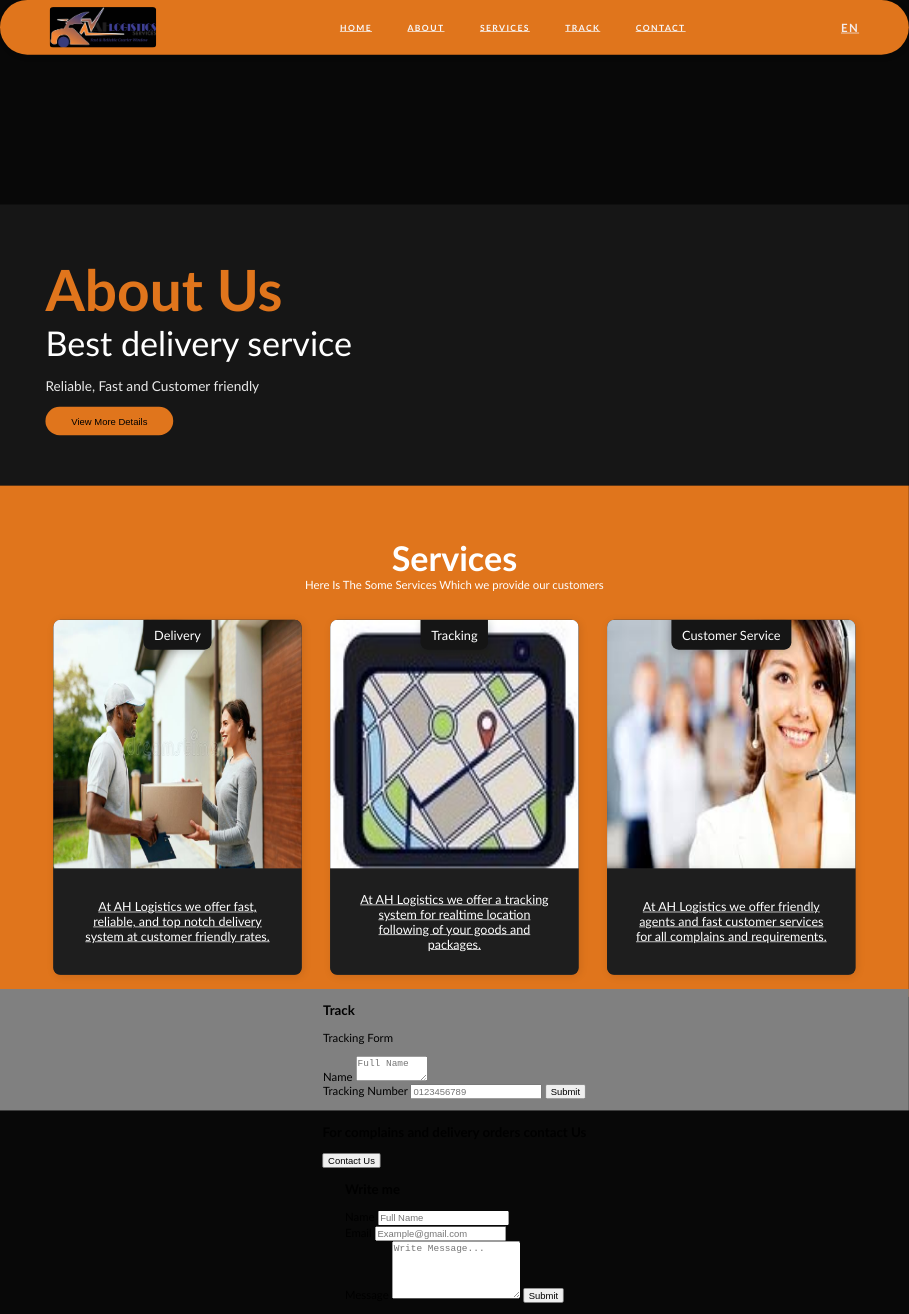
Repository: TheSecretlifeOfX/Ah-Logistics
Page: index.html
An editor plug-in stored every save of this project. The page is shown before and after the next save, followed by the edit.
The browser window is 1280 px wide. The pictures show the whole page, at 71% of full size.

Above is the page before, as saved 2022-03-02 14:51:18.

### index.html
<html>
<head>
<meta charset="utf-8">
<meta http-equiv="X-UA-Compatible" content="IE-edge">
<meta name="viewport" content="width=device-width, intial-scale=1.0">
<title>Logistics Website</title>
<link rel="stylesheet" href="./css/home.css">
</head>
<body>
<section id="main">
	<nav>
	<a href="#" class="logo"><img src="images/logo.jpg"></a>
	<div class="toggle"></div>
	<ul class="menu">
	<li class="active"><a href="#main" >Home</a></li>
	<li><a href="#about">About</a></li>
	<li><a href="#services">Services</a></li>
	<li><a href="#Tracking-Form">Track</a></li>
    <li><a href="#contact-form">Contact</a></li>
	</ul>
	<a href="#" class="lang">En</a>
	</nav>
    </section>
</div>
<section id="about">
	<div class="about-text">
	<h1>About Us</h1>
	<h2>Best delivery service</h2>
	<p>Reliable, Fast and Customer friendly</p>
	<button>View More Details</button>
	</div>
</section>
<section id="services">
<div class="s-heading">
<h1>Services</h1>
<p>Here Is The Some Services Which we provide our customers</p>
</div>
<div class="b-container">
<div class="s-box">
<div class="s-b-img">
    <div class="s-type">Delivery</div>
    <img src="images/delivery.jpg">
</div>
<div class="s-b-text">
<a href="#">At AH Logistics we offer fast, reliable, and top notch delivery system at customer friendly rates.</a>
</div>
</div>
<div class="s-box">
<div class="s-b-img">
    <div class="s-type">Tracking</div>
    <img src="images/track.jpg">
</div>
<div class="s-b-text">
<a href="#">At AH Logistics we offer a tracking system for realtime location following of your goods and packages.</a>
</div>
</div>
<div class="s-box">
<div class="s-b-img">
    <div class="s-type">Customer Service</div>
    <img src="images/customer.jpg">
</div>
<div class="s-b-text">
<a href="#">At AH Logistics we offer friendly agents and fast customer services for all complains and requirements.</a>
</div>
</div>
</div>
</div>
<section id=Tracking-Form>
<form>
<div class="Track-left">
<h1 class=T-1-Heading>Track</h1>
<p class=T-2-Body>Tracking Form</p></div>
<div class="Track-right">
	<div class="C-Name">
	<font >Name</font>
	<textarea name="message" rows="2" cols="10" placeholder="Full Name"></textarea>
	<div class="f-Num">
		<font >Tracking Number</font>
		<input type="Number" placeholder="0123456789"/>
	<button>Submit</button>
</section>
</form>
<section id="contact-btn">
	<h1 class="c-b-heading">For complains and delivery orders contact Us</h1>
		<button >Contact Us</button>
	</section>
<!--contact-form------------------->
<section id="contact-form">
<form>
<!--left--------------------------------------->
<div class="contact-left">
<h1 class="c-l-heading">Write me</h1>
<div class="f-name">
<font >Name</font>
<input type="text" placeholder="Full Name"/>
</div>
<div class="f-email">
<font >Email</font>
<input type="email" placeholder="Example@gmail.com"/>
</div>
</div>
<div class="contact-right">

<div class="message">
<font >Message</font>
<textarea name="message" rows="5" cols="20" placeholder="Write Message..."></textarea>
<button>Submit</button>
</div>
</form>
</section>
</section>
</body>
</html>

### css/home.css
body{
	margin:0px;
	padding:0px;
	background-color: #080808;
	background-size: 100%;
	min-height: 100vh;
	}
	#main{
		width:100%;
		height: 40vh;
		}
		nav{
			display:flex;
			justify-content: space-between;
			align-items: center;
			text-transform: uppercase;
			font-weight: 600;
			letter-spacing: 2px;
			font-family: calibri;
			top: 0;
			left: 10px;
			width:100%;
			box-sizing: border-box;
			padding: 5px 70px;
			background-color:#e0751c;
			box-shadow:2px 2px 12px rgba(0,0,0,0.05);
			z-index: 1;
			border-radius: 50px;
			}
			.menu{
			display: flex;

			}
			.menu li a{
			padding: 10px 25px;
			color:#f8f8fa;
			font-size: 12px;
			display:inline-block;
			}
			li{display:inline-block}
			.lang{
			color:#f3ecec;
			}
			.logo > img {
				width: 100%;
				height: 100%;
				max-width: 150px;
				display: flex;
				justify-content: center;
				align-items: center;
				text-align: center;
				margin-left: 0px;
				border-radius: 5px;
				 }
			.toggle{
			display: none;
			}
			.menu li a:hover{
			background-color:#292929;
			color:#FFF!important;
			font-weight: bold;
			transition: all ease 0.4s;
			}
			.lang:hover{
				background-color:#292929;
			color:#FFF!important;
			font-weight: bold;
			transition: all ease 0.4s;
			}
			#about{
				width:100%;
				height: 55vh;
				background-color:#161616;
				box-sizing: border-box;
				display: flex;
				align-items: center;
				justify-content: space-between;
				padding: 0px 5% 0px 5%;
			}
			.about-text{
				font-family: calibri;
				width: 50%;
			}
			.about-text h1{
				font-size: 5rem;
				color:#e0751c;
			}
			.about-text h2{
				font-size: 3rem;
				color:#FFFFFF;
				font-weight: 400;
			}
			.about-text h1,h2{
				margin: 0px;
				padding: 0px;
			}
			.about-text p{
				font-size: 1.2rem;
				color:rgba(255,255,255,0.90);

			}
			.about-text button{
				width: 180px;
				height: 40px;
				border-radius: 20px;
				border: none;
				outline: none;
				background-color:#e0751c;
			}
			.about-text button:hover{
				background-color: #FFFFFF;
				transition: all ease 0.3s;
			}
			#services{
				width:100%;
			height:100vh;
			box-sizing: border-box;
			font-family: calibri;
			display: flex;
			flex-direction: column;
			align-items: center;
			justify-content: center;
			padding-top: 500px ;
			background-color:#e0751c;
		}

		.s-heading h1{
			color:#FFFFFF;
			font-size: 3rem;
			margin: 0px;
			padding: 0px;

		}
		.s-heading p{
			color:rgb(255, 255, 255);
			font-size: 1rem;
			margin: 0px;
			padding: 0px;
		}
		.s-heading{
			text-align: center;
			margin: 20px 0px;
		}
		.s-box{
			background-color: #2B2B2B;
			width:350px;
			height: 500px;
			margin: 20px;
			border-radius: 10px;
			overflow: hidden;
			box-shadow: 2px 2px 12px rgba(0,0,0,0.1);
			position: relative;
		}
		.b-container{
			display: flex;
			justify-content: center;
			align-content: center;


		}
		.s-b-img{
			width: 100%;
			height: 70%;

		}
		.s-b-img img{
			width:100%;
			height: 100%;

		}
		.s-b-text{
			width: 100%;
			height: 30%;
			background-color:#1E1E1E;
			display:flex;
			justify-content: center;
			align-items: center;
			text-align: center;
		}
		.s-b-text a{
			margin: 0px;
			color:#FFFFFF;
			font-size: 1.1rem;
			font-family: calibri;
			display: block;
			display: -webkit-box;
			max-width: 80%;
			-webkit-line-clamp: 4;
			-webkit-box-orient: vertical;
			overflow: hidden;
			text-overflow: ellipsis;
		}
		.s-b-text a:hover{
			color:rgba(255,255,255,0.50)
		}
		.s-type{
			font-family: calibri;
			color:#FFFFFF;
			background-color: #151515;
			padding: 10px 15px;
			position: absolute;
			top: 0px;
			left: 50%;
			transform: translateX(-50%);
			font-size: 18px;
			border-radius: 0px 0px 10px 10px;
			box-shadow: 2px 2px 12px rgba(0,0,0,0.2);
		}
		.s-box:hover{
			transform:translateY(-10px);
			transition: all ease 0.3s;

		}
		#Tracking-Form{
			width: 100%;
			height: 90vh;
			display: flex;
			justify-content: center;
			align-items: center;
			background-color:grey;
		}

After the next save:
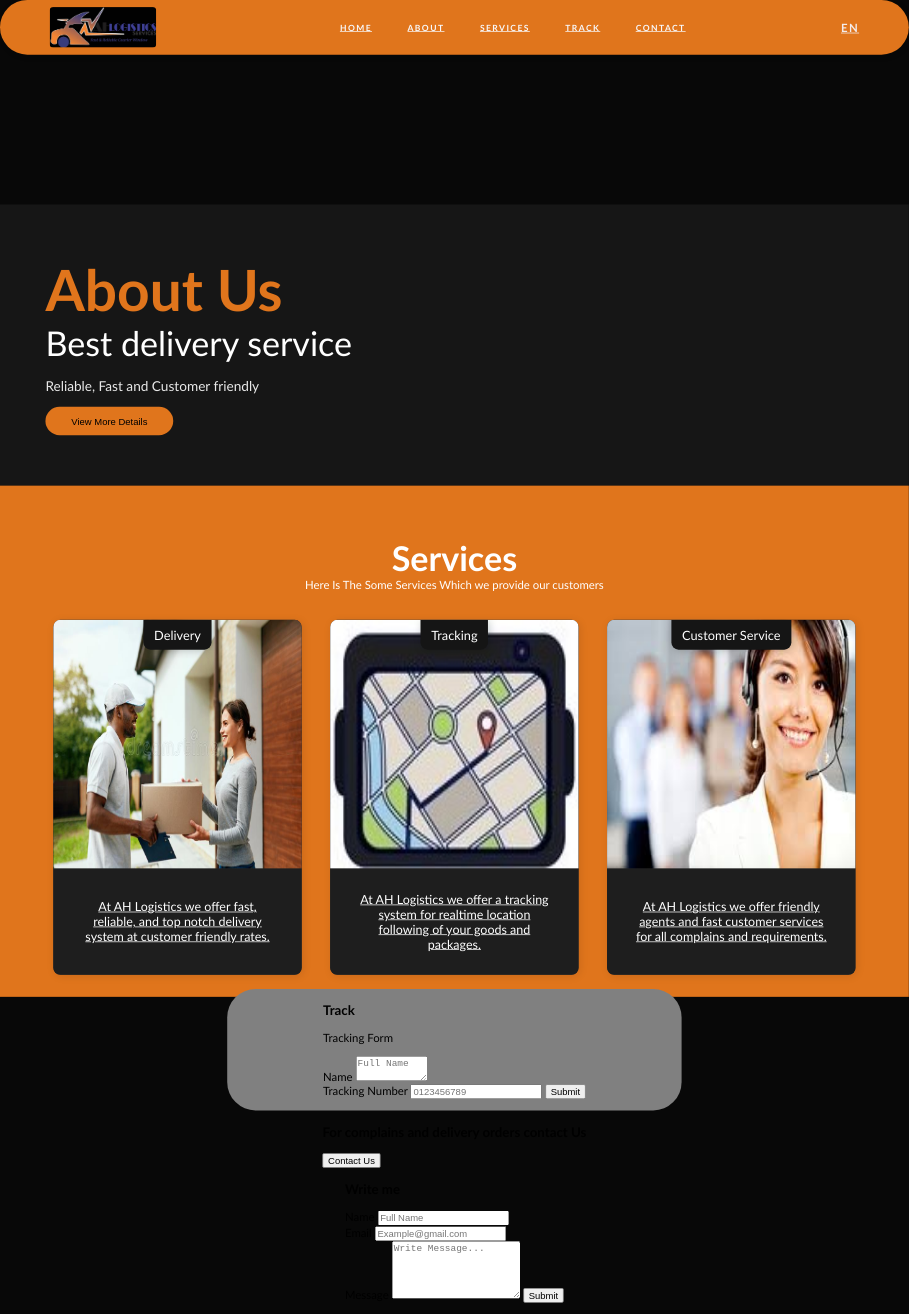
Saved 71 s later.
--- a/css/home.css
+++ b/css/home.css
@@ -212,10 +212,11 @@ body{
 
 		}
 		#Tracking-Form{
-			width: 100%;
-			height: 90vh;
+			width: 50%;
+			height: 100vh;
 			display: flex;
 			justify-content: center;
 			align-items: center;
 			background-color:grey;
-		}
+			border-radius: 40px;
+		}
